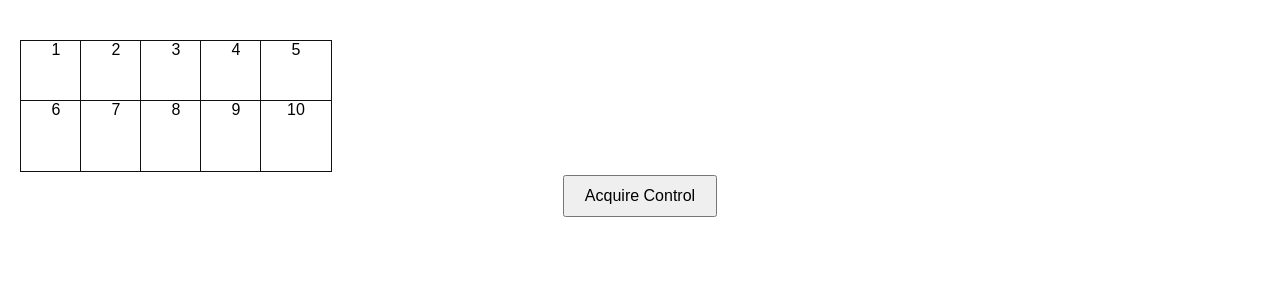
Repository: sahelipaul17/appYogi
Page: public/index.html
The author's editor kept a copy of each file at every save. The page is drawn from the files as they stood at one save, then again after the next save.
The browser window is 1280 px wide. The pictures show the whole page.

Above is the page before, as saved 2023-07-28 09:42:58.

### public/index.html
<!DOCTYPE html>
<html lang="en">
<head>
  <meta charset="UTF-8">
  <meta name="viewport" content="width=device-width, initial-scale=1.0">
  <title>Remote Keyboard</title>
  <link rel="stylesheet" href="styles.css">
</head>
<body>
  <div class="keyboard">
    <div class="key" id="key1">1</div>
    <div class="key" id="key2">2</div>
    <div class="key" id="key3">3</div>
    <div class="key" id="key4">4</div>
    <div class="key" id="key5">5</div>
    <div class="key" id="key6">6</div>
    <div class="key" id="key7">7</div>
    <div class="key" id="key8">8</div>
    <div class="key" id="key9">9</div>
    <div class="key" id="key10">10</div>
  </div>
  <button id="acquireControlBtn">Acquire Control</button>
  <button id="releaseControlBtn" disabled>Release Control</button>

  <script src="https://code.jquery.com/jquery-3.6.0.min.js"></script>
  <script src="app.js"></script>
</body>
</html>

### public/styles.css
body {
    font-family: Arial, sans-serif;
    margin: 0;
    padding: 20px;
    text-align: center;
  }

  .keyboard {
    display: grid;
    grid-template-columns: repeat(5, 50px);
    grid-template-rows: repeat(2, 50px);
    gap: 10px;
    margin: 20px auto;
  }

  .key {
    width: 70px;
    height: 70px;
    background-color: white;
    border: 1px solid #111010;
    cursor: pointer;
    text-align: center;
  }

  .key.lit {
    background-color: red; /* Change to yellow for user 2 */
  }

  button {
    margin: 5px;
    padding: 10px 20px;
    font-size: 16px;
    cursor: pointer;
  }

  #releaseControlBtn {
    display: none; /* Hide the Release Control button initially */
  }

### public/app.js
$(document).ready(() => {
    const user = getUserFromQuery(); // Get the user from the query string
    let controlAcquired = false;

    // Function to get the user from the query string
    function getUserFromQuery() {
      const urlParams = new URLSearchParams(window.location.search);
      return urlParams.get('user');
    }

    // Function to handle acquiring control
    function acquireControl() {
      if (controlAcquired) return;
      $.post('/acquire-control', { user }, (data) => {
        if (data.success) {
          controlAcquired = true;
          $('#acquireControlBtn').prop('disabled', true);
          $('#releaseControlBtn').prop('disabled', false);
          pollServer();
        } else {
          console.log('Failed to acquire control. Control is currently held by another user.');
        }
      });
    }

    // Function to handle releasing control
    function releaseControl() {
      if (!controlAcquired) return;
      $.post('/acquire-control', { user: null }, (data) => {
        if (data.success) {
          controlAcquired = false;
          $('#acquireControlBtn').prop('disabled', false);
          $('#releaseControlBtn').prop('disabled', true);
        } else {
          console.log('Failed to release control. Something went wrong.');
        }
      });
    }

    // Function to update key state on the server
    function updateKeyState(key, state) {
      $.post('/update-key-state', { user, key, state }, (data) => {
        if (!data.success) {
          console.log('Failed to update key state. Make sure you have control.');
        }
      });
    }

    // Function to handle key click events
    function handleKeyClick(event) {
      const key = event.target.id;
      const currentState = $(event.target).hasClass('lit');

      if (currentState) {
        // Turn off the key
        updateKeyState(key, false);
      } else {
        // Turn on the key
        updateKeyState(key, true);
      }
    }

    // Function to handle keyboard click events
    function handleKeyboardClick(event) {
      if (controlAcquired) {
        handleKeyClick(event);
      } else {
        console.log('You need to acquire control first.');
      }
    }

    // Function to update the keyboard state based on the server response
    function updateKeyboardState(state) {
      // Loop through each key and update its state
      $('.key').each((index, element) => {
        const key = element.id;
        const isLit = state[key];
        if (isLit) {
          $(element).addClass('lit');
        } else {
          $(element).removeClass('lit');
        }
      });
    }

    // Attach click event listener to the keyboard
    $('.keyboard').on('click', '.key', handleKeyboardClick);

    // Periodically poll the server to update the keyboard state
    function pollServer() {
      // Send an Ajax request to the server to get the keyboard state
      $.get('/get-keyboard-state', (data) => {
        updateKeyboardState(data);
      });
    }

    // Button to acquire control
    $('#acquireControlBtn').click(acquireControl);

    // Button to release control
    $('#releaseControlBtn').click(releaseControl);
  });

After the next save:
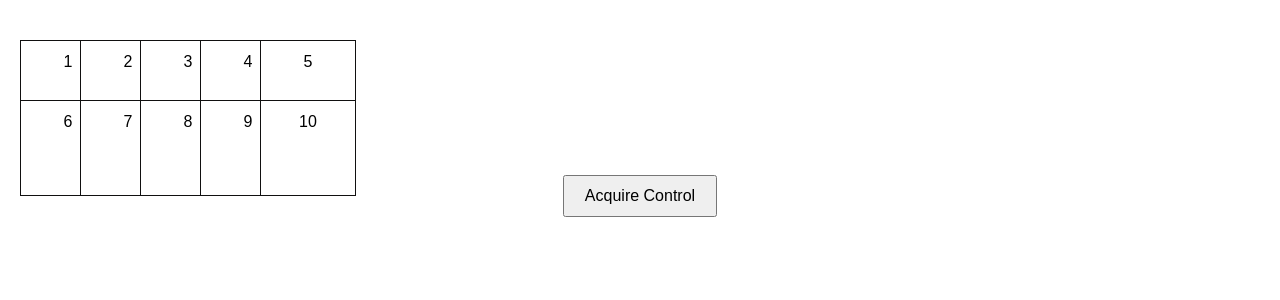
Saved 14 s later.
--- a/public/styles.css
+++ b/public/styles.css
@@ -16,6 +16,7 @@ body {
   .key {
     width: 70px;
     height: 70px;
+    padding: 12px;
     background-color: white;
     border: 1px solid #111010;
     cursor: pointer;
